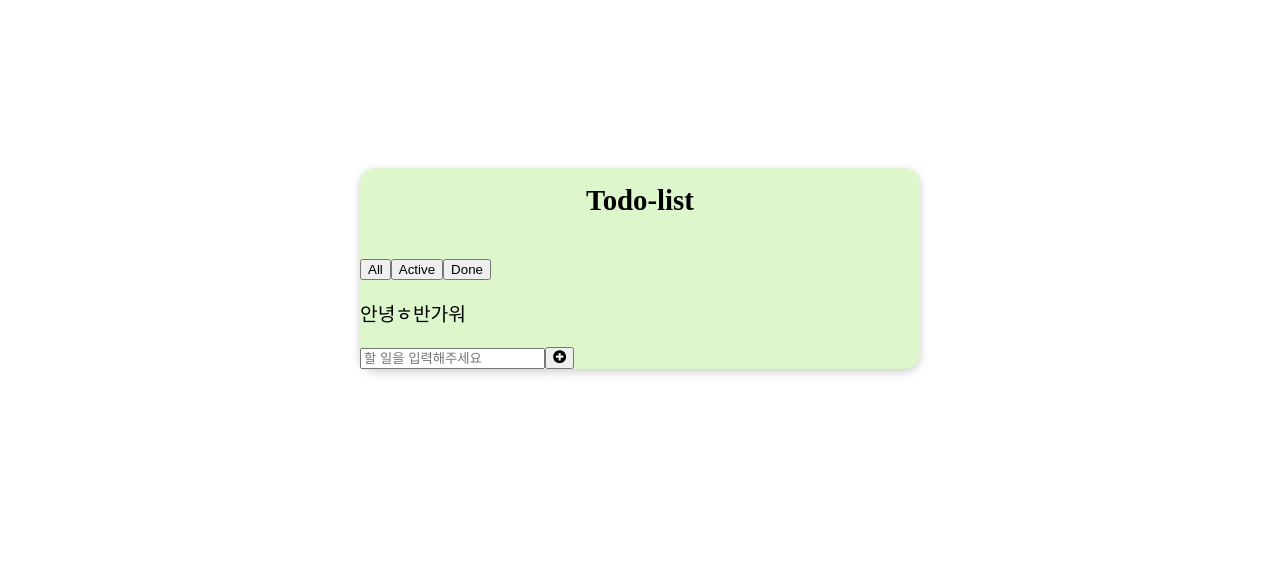
Repository: Yugayoung/todoList
Page: /
An editor plug-in stored every save of this project. The page is shown before and after the next save, followed by the edit.
The browser window is 1280 px wide. The pictures show the whole page.
Some web fonts or font styles are not loaded; a fallback is used. The project was rebuilt for these pictures with package versions that can differ from the ones it lists, and the page was loaded fresh each time. Also part of the build but not shown: src/App.css.

Above is the page before, as saved 2024-03-21 01:14:12.

### src/index.css
@font-face {
  font-family: 'IM_Hyemin-Bold';
  src: url('./fonts/IM_Hyemin-Regular.otf') format('opentype');
  font-weight: normal;
  font-style: normal;
}

body {
  margin: 0;
  font-family: 'IM_Hyemin-Bold';
  -webkit-font-smoothing: antialiased;
  -moz-osx-font-smoothing: grayscale;
  width: 100vw;
  height: 100vh;
  display: flex;
  justify-content: center;
  align-items: center;
  font-size: 1.2rem;
}

code {
  font-family: source-code-pro, Menlo, Monaco, Consolas, 'Courier New',
    monospace;
}
#root {
  width: 100%;
  height: 60%;
  max-width: 35rem;
}

### src/App.js
import './App.css';
import Todo from './pages/Todo';

function App() {
  return (
    <>
      <Todo />
    </>
  );
}

export default App;

### src/pages/todo.jsx
import React from 'react';
import styled from 'styled-components';
import { FaPlusCircle } from 'react-icons/fa';

const Title = styled.h2`
  text-align: center;
  font-weight: bold;
  padding: 1rem;
`;

const TodoList = styled.section`
  background-color: #def6cc;
  border-radius: 1rem;
  box-shadow: 0 3px 10px rgb(0, 0, 0, 0.2);
`;

export default function Todo() {
  return (
    <>
      <TodoList>
        {/* 할일 state */}
        <Title>Todo-list</Title>
        <div>
          <button>All</button>
          <button>Active</button>
          <button>Done</button>
          <p>안녕ㅎ반가워</p>
        </div>
        {/* addTodoList */}
        {/* 할일 입력 */}
        <div>
          <input type='text' placeholder='할 일을 입력해주세요' />
          <button>
            <FaPlusCircle />
          </button>
        </div>
      </TodoList>
    </>
  );
}

Loaded but not shown: public/index.html (common file); src/index.js (common file); src/reportWebVitals.js (common file)

After the next save:
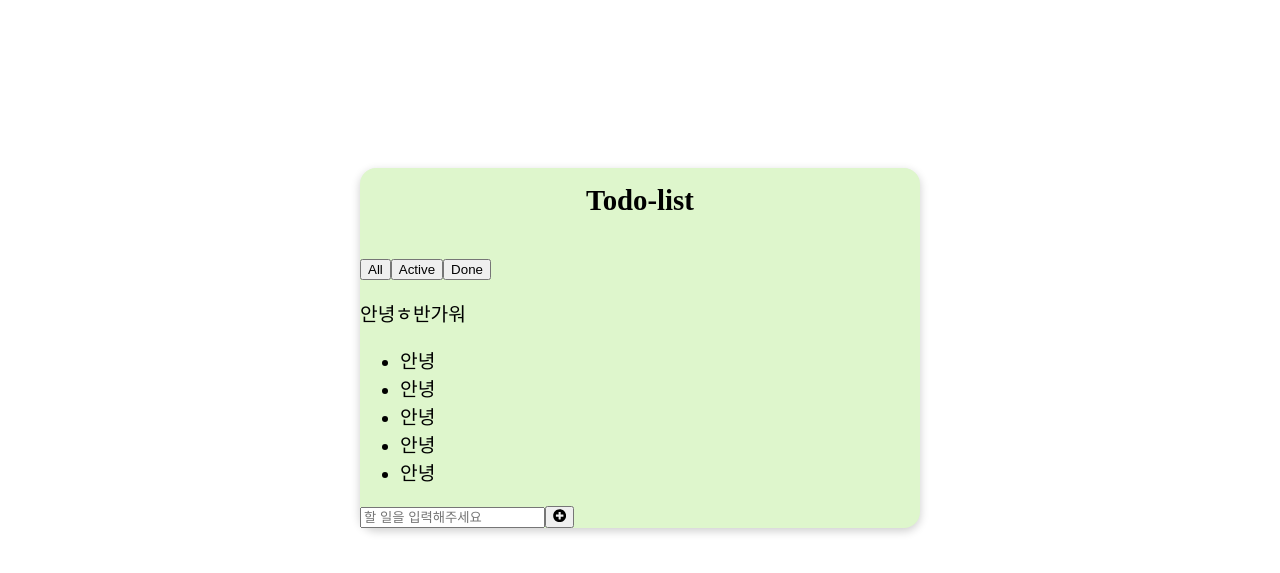
Saved 118 s later.
--- a/src/pages/todo.jsx
+++ b/src/pages/todo.jsx
@@ -27,6 +27,15 @@ export default function Todo() {
           <p>안녕ㅎ반가워</p>
         </div>
         {/* addTodoList */}
+        <div>
+          <ul>
+            <li>안녕</li>
+            <li>안녕</li>
+            <li>안녕</li>
+            <li>안녕</li>
+            <li>안녕</li>
+          </ul>
+        </div>
         {/* 할일 입력 */}
         <div>
           <input type='text' placeholder='할 일을 입력해주세요' />
